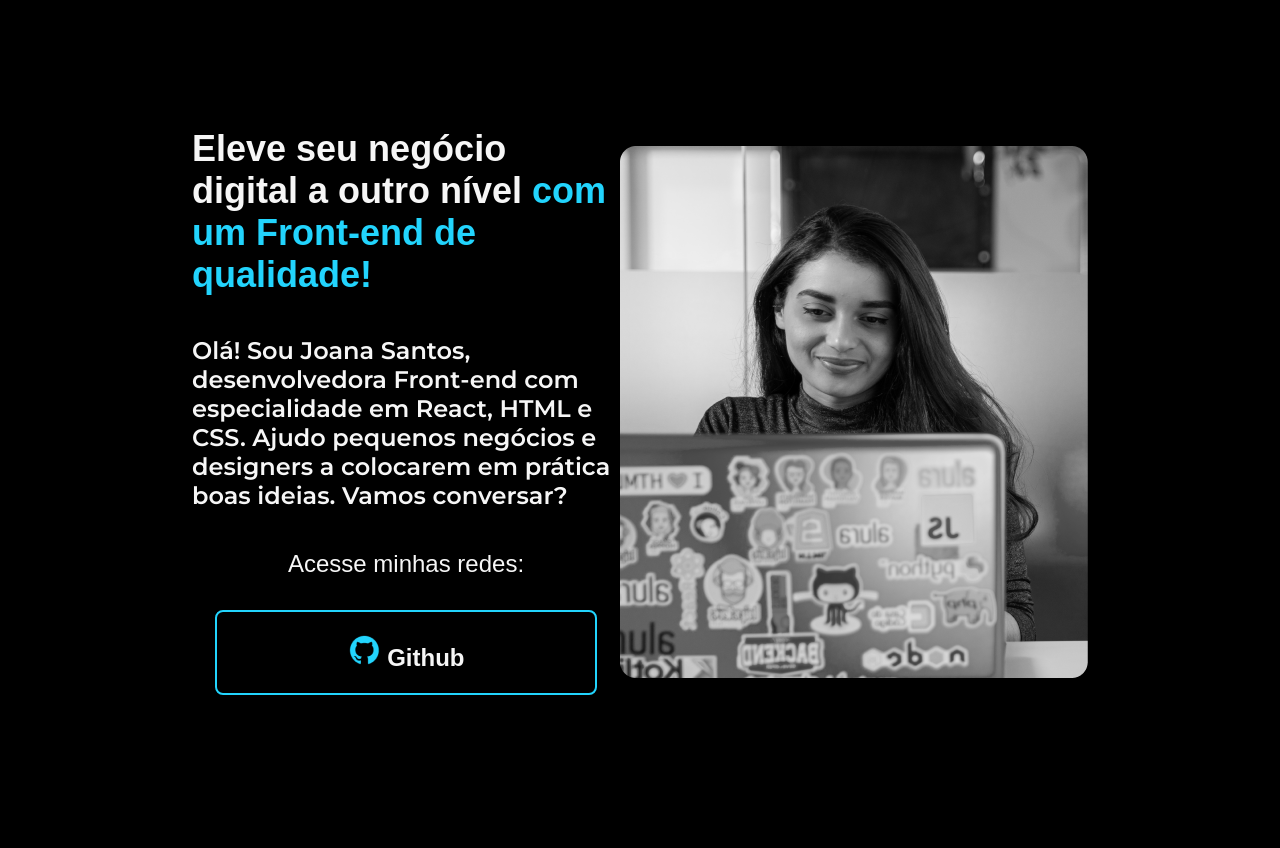
Repository: YoungAkira/CursoHtmlCss
Page: index.html
The author's editor kept a copy of each file at every save. The page is drawn from the files as they stood at one save, then again after the next save.
The browser window is 1280 px wide. The pictures show the whole page.
Some web fonts or font styles are not loaded; a fallback is used.

Above is the page before, as saved 2023-05-15 09:28:41.

### index.html
<!--ESSE PROJETO NÃO É DE MINHA AUTORIA, APENAS UTILIZO-O PARA FINS DIDÁTICOS-->
<!--CREDITOS: ALURA.COM-->

<!DOCTYPE html>
<html lang="pt-br">
<head>
    <meta charset="UTF-8">
    <meta http-equiv="X-UA-Compatible" content="IE=edge">
    <meta name="viewport" content="width=device-width, initial-scale=1.0">
    <title>Portfolio</title>
    <link rel="stylesheet" href="style.css">
</head>
<body>
    <header></header>
    <main class="apresentacao">
            <section class="apresentacao_conteudo">
                 <h1 class="apresentacao_conteudo_titulo">Eleve seu
                    negócio digital a outro nível <strong
                    class="titulo-destaque">com um Front-end de qualidade!</strong></h1>

                    <p class="apresentacao_conteudo_texto"> Olá! Sou Joana Santos, desenvolvedora Front-end
                        com especialidade em React, HTML e CSS. Ajudo
                        pequenos negócios e designers a colocarem em
                        prática boas ideias. Vamos conversar?</p>


                    <div class="apresentacao_links">
                        <h2 class="apresentacao_links_subtitulo">Acesse minhas redes:</h2>
                        <a class="apresentacao-links-link" href="instagram.com">
                            <img src="assets/github.png">
                            Github
                        </a>


                    </div>

            </section>
                    <img src="/assets/imagem.png" alt="Foto Joana Santos programando">
    </main>


    <footer></footer>


</body>
</html>

### style.css
@import url('https://fonts.googleapis.com/css2?family=Krona+One&family=Montserrat:wght@600&display=swap');

*{
    margin: 0;
    padding: 0;
}


body {
    background-color: black;
    box-sizing: border-box;
    color: #F6F6F6;
    height: 100vh;
}


.titulo-destaque {
    color: #22D4FD;
}


.apresentacao{
    display: flex;
    align-items: center;
    justify-content: space-between;
    margin: 10% 15%;
}


.apresentacao_conteudo{
    width: 615px;
    display: flex;
    flex-direction: column;
    gap: 40px;
}


.apresentacao_conteudo_titulo{
    font-size: 36px;
    font-family: 'Krona One',sans-serif;
}


.apresentacao_conteudo_texto{
    font-size: 24px;
    font-family: 'Montserrat',sans-serif;
}


.apresentacao_links{
    display: flex;
    flex-direction: column;
    justify-content: space-between;
    align-items: center;
    gap: 32px;
}


.apresentacao_links_subtitulo{
    font-size: 24px;
    font-family: 'Krona One', sans-serif;
    font-weight: 400;


}


.apresentacao-links-link{
    border: 2px solid #22D4FD;
    width: 378px;
    text-align: center;
    border-radius: 8px;
    font-size: 24px;
    padding: 21.5px 0;
    text-decoration: none;
    color :#F6F6F6;
    font-family: 'Krona One',sans-serif;
    font-weight: 600;
}

After the next save:
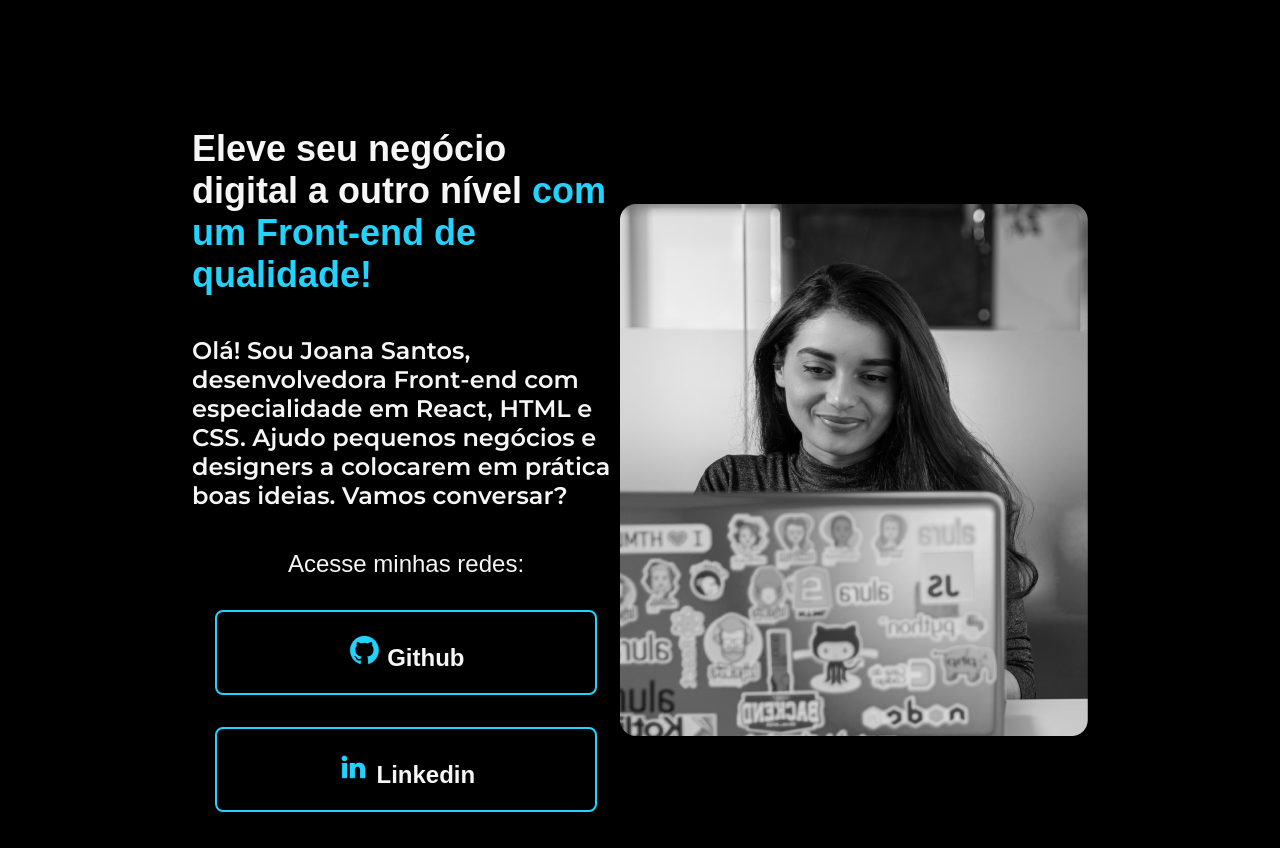
Saved 2 min 51 s later.
--- a/index.html
+++ b/index.html
@@ -26,10 +26,18 @@
 
                     <div class="apresentacao_links">
                         <h2 class="apresentacao_links_subtitulo">Acesse minhas redes:</h2>
-                        <a class="apresentacao-links-link" href="instagram.com">
+
+                        <a class="apresentacao-links-link" href="github.com">
                             <img src="assets/github.png">
                             Github
                         </a>
+
+                        <a class="apresentacao-links-link" href="linkedin.com">
+                            <img src="./assets/linkedin.png">
+                            Linkedin
+
+                        </a>
+
 
 
                     </div>
